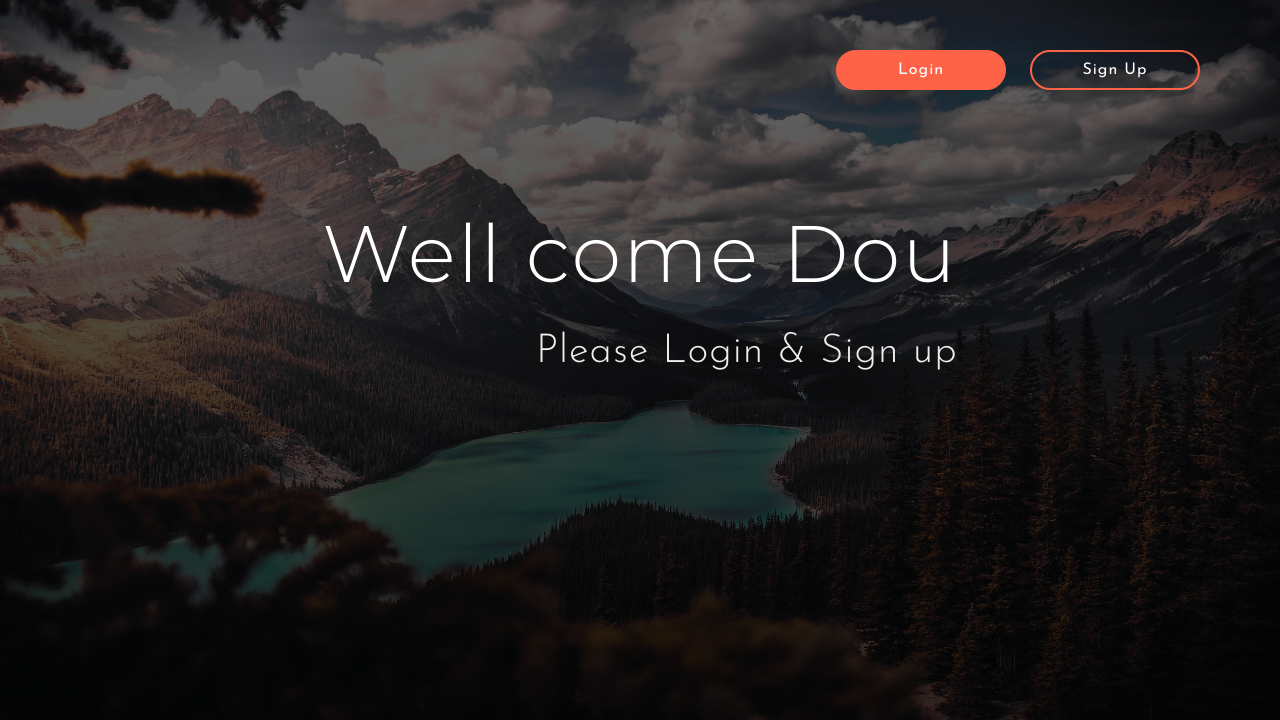
Repository: motamedipour2022/javascript_project
Page: model_form1/index.html
These files come from the project's save history. The page is drawn as it stood at one moment and after a run of saves; the edit follows.
The browser window is 1280 px wide. The pictures show the whole page.
Some web libraries are served in a nearby version.

Above is the page before, as saved 2022-12-20 12:15:55.

### model_form1/index.html
<!DOCTYPE html>
<html lang="en">
  <head>
    <meta charset="UTF-8" />
    <meta name="viewport" content="width=device-width, initial-scale=1.0" />
    <meta http-equiv="X-UA-Compatible" content="ie=edge" />
    <link
      rel="stylesheet"
      href="https://use.fontawesome.com/releases/v5.8.1/css/all.css"
      integrity="sha384-50oBUHEmvpQ+1lW4y57PTFmhCaXp0ML5d60M1M7uH2+nqUivzIebhndOJK28anvf"
      crossorigin="anonymous"
    />
    <link
      href="https://fonts.googleapis.com/css?family=Josefin+Sans:300,400,600|Montserrat:300,400,600"
      rel="stylesheet"
    />
    <link rel="stylesheet" href="style.css" />
    <title>Form</title>
  </head>
  <body>
    <div class="container">
      <div class="banner-text">
        <h1>Well come <span>Dou</span></h1>
        <p>Please Login & Sign up</p>
      </div>
      <div class="btns">
        <button class="btn login-btn">Login</button>
        <button class="btn signup-btn">Sign Up</button>
      </div>
      <div class="form-container">
        <div class="signup-form-wrapper modal">
          <div class="x-btn signup-x">
            &times;
          </div>
          <div class="form-header">
            <h1>CodeAndCreate</h1>
            <h3>Join Us</h3>
          </div>
          <form class="form">
            <div class="input-group">
              <i class="fas fa-user"></i>
              <input type="text" placeholder="Username" />
            </div>
            <div class="input-group">
              <i class="far fa-envelope"></i>
              <input type="email" placeholder="Email" />
            </div>
            <div class="input-group">
              <i class="fas fa-key"></i>
              <input type="password" placeholder="Password" />
            </div>
            <button type="button">Sign Up</button>
          </form>
        </div>
        <div class="login-form-wrapper modal">
          <div class="x-btn login-x">
            &times;
          </div>
          <div class="form-header">
            <h1>CodeAndCreate</h1>
            <h3>Login</h3>
          </div>
          <form class="form">
            <div class="input-group">
              <i class="fas fa-user"></i>
              <input type="text" placeholder="Username" />
            </div>
            <div class="input-group">
              <i class="fas fa-key"></i>
              <input type="password" placeholder="Password" />
            </div>
            <button type="button">Login</button>
          </form>
        </div>
      </div>
    </div>
    <script src="script.js"></script>
  </body>
</html>

### model_form1/style.css
* {
  margin: 0;
  padding: 0;
}

.container {
  width: 100%;
  height: 100vh;
  background: linear-gradient(rgba(0, 0, 0, 0.6), rgba(0, 0, 0, 0.8)),
    url(images/bg.jpg) center no-repeat;
  background-size: cover;
}

.banner-text {
  position: absolute;
  top: 40%;
  left: 50%;
  transform: translate(-50%, -50%);
}

.banner-text h1 {
  color: #fff;
  font-family: "Montserrat", sans-serif;
  font-size: 80px;
  font-weight: 300;
  letter-spacing: 2px;
  margin-bottom: 30px;
}

.banner-text p {
  color: #eee;
  font-family: "Josefin sans", sans-serif;
  font-size: 40px;
  font-weight: 300;
  letter-spacing: 1px;
  text-align: right;
}

.btns {
  position: absolute;
  top: 50px;
  right: 60px;
}

.btn {
  width: 170px;
  padding: 10px 15px;
  margin-right: 20px;
  border-radius: 50px;
  font-family: "Josefin Sans", sans-serif;
  font-size: 16px;
  letter-spacing: 1px;
  outline: none;
  cursor: pointer;
  color: #fff;
  border: 2px solid tomato;
  transition: transform 0.3s;
}

.login-btn {
  background-color: tomato;
}

.signup-btn {
  background-color: transparent;
}

.btn:hover {
  transform: translateY(-2px);
}

.btn:active {
  transform: translateY(0);
}

.form-container {
  position: fixed;
  background-color: rgba(0, 0, 0, 0.7);
  top: 0;
  right: 0;
  bottom: 0;
  left: 0;
  opacity: 0;
  visibility: hidden;
  transition: all 0.5s;
}

.disable {
  opacity: 1;
  visibility: visible;
}

.modal {
  width: 400px;
  background: linear-gradient(rgba(148, 42, 42, 0.8), rgba(185, 129, 129, 0.6)),
    url(images/bg.jpg) center no-repeat;
  background-size: cover;
  position: absolute;
  top: 50%;
  left: 50%;
  transform: translate(-50%, -50%);
  border-radius: 20px;
  opacity: 0;
  visibility: hidden;
  transition: all 0.5s;
}

.display {
  opacity: 1;
  visibility: visible;
}

.x-btn {
  position: absolute;
  right: 20px;
  font-size: 50px;
  color: #222;
  cursor: pointer;
}

.form-header {
  text-align: center;
  margin: 80px 0 150px 0;
  color: #fff;
}

.form-header h1 {
  font-family: "Josefin Sans", sans-serif;
  font-size: 40px;
  font-weight: 300;
  margin-bottom: 30px;
}

.form-header h3 {
  font-family: "Montserrat", sans-serif;
  font-size: 25px;
  font-weight: 300;
  text-transform: uppercase;
}

.form {
  display: flex;
  flex-direction: column;
  align-items: center;
}

.input-group {
  margin-bottom: 10px;
  position: relative;
}

.input-group input {
  width: 250px;
  padding: 15px 15px 15px 50px;
  border: none;
  outline: none;
  border-radius: 30px;
  background: rgba(0, 0, 0, 0.6);
  font-family: "Josefin Sans", sans-serif;
  font-size: 16px;
  color: #ddd;
}

.input-group i {
  position: absolute;
  top: 13px;
  left: 17px;
  font-size: 18px;
  color: #aaa;
}

.form button {
  width: 310px;
  padding: 12px;
  border: none;
  outline: none;
  border-radius: 30px;
  background-color: #d867d8;
  color: #fff;
  font-family: "Josefin Sans", sans-serif;
  font-size: 16px;
  text-transform: uppercase;
  margin: 10px 0 50px 0;
  box-shadow: 0 5px 20px rgba(0, 0, 0, 0.4);
  cursor: pointer;
  transition: all 0.3s;
}

.form button:hover {
  transform: translateY(-2px);
  box-shadow: 0 8px 25px rgba(0, 0, 0, 0.3);
}
.form button:active {
  transform: translateY(0);
}

### model_form1/script.js
const signupModal = document.querySelector(".signup-form-wrapper");
const loginModal = document.querySelector(".login-form-wrapper");
const signupBtn = document.querySelector(".signup-btn");
const loginBtn = document.querySelector(".login-btn");
const signupX = document.querySelector(".signup-x");
const loginX = document.querySelector(".login-x");
const formContainer = document.querySelector(".form-container");

signupBtn.addEventListener("click", () => {
  signupModal.classList.add("display");
  formContainer.classList.add("disable");
});

loginBtn.addEventListener("click", () => {
  loginModal.classList.add("display");
  formContainer.classList.add("disable");
});

signupX.addEventListener("click", () => {
  signupModal.classList.remove("display");
  formContainer.classList.remove("disable");
});

loginX.addEventListener("click", () => {
  loginModal.classList.remove("display");
  formContainer.classList.remove("disable");
});

After the next 7 saves:
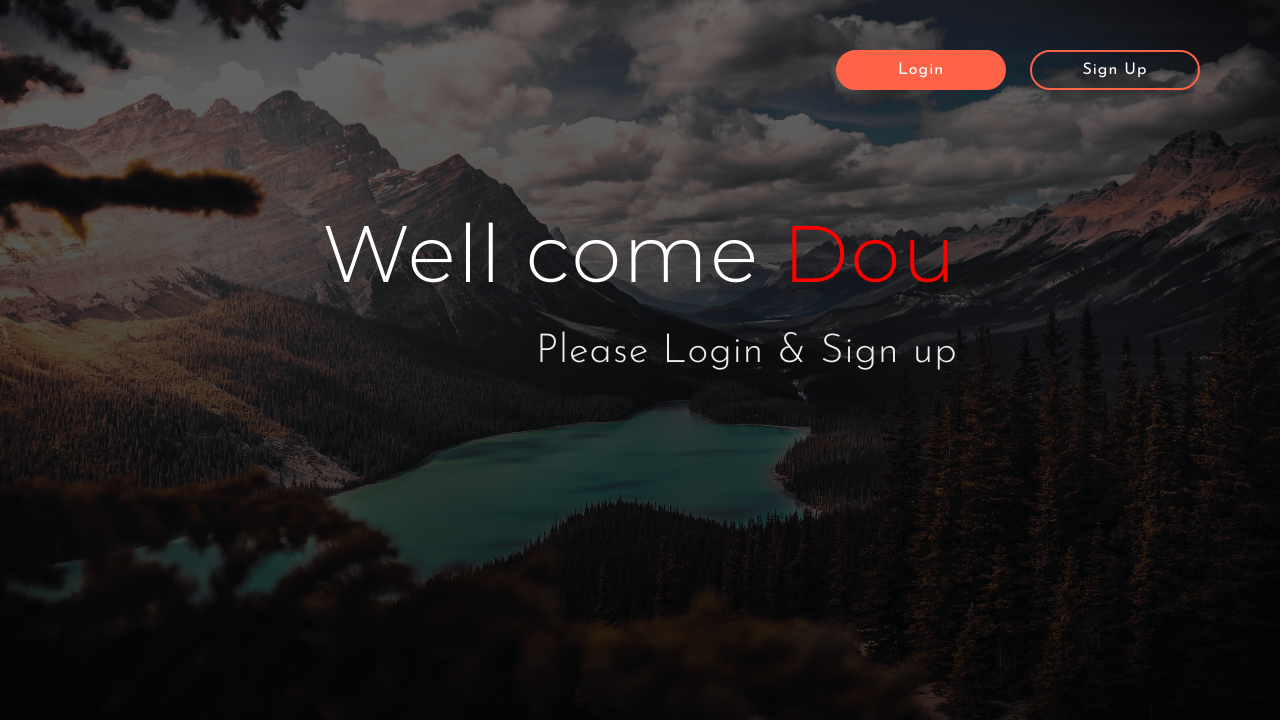
The 7 saves are shown as one change because they came seconds apart.
The last was saved 11 min 2 s later.
--- a/model_form1/style.css
+++ b/model_form1/style.css
@@ -26,7 +26,9 @@
   letter-spacing: 2px;
   margin-bottom: 30px;
 }
-
+.banner-text h1 span{
+  color: red;
+}
 .banner-text p {
   color: #eee;
   font-family: "Josefin sans", sans-serif;
